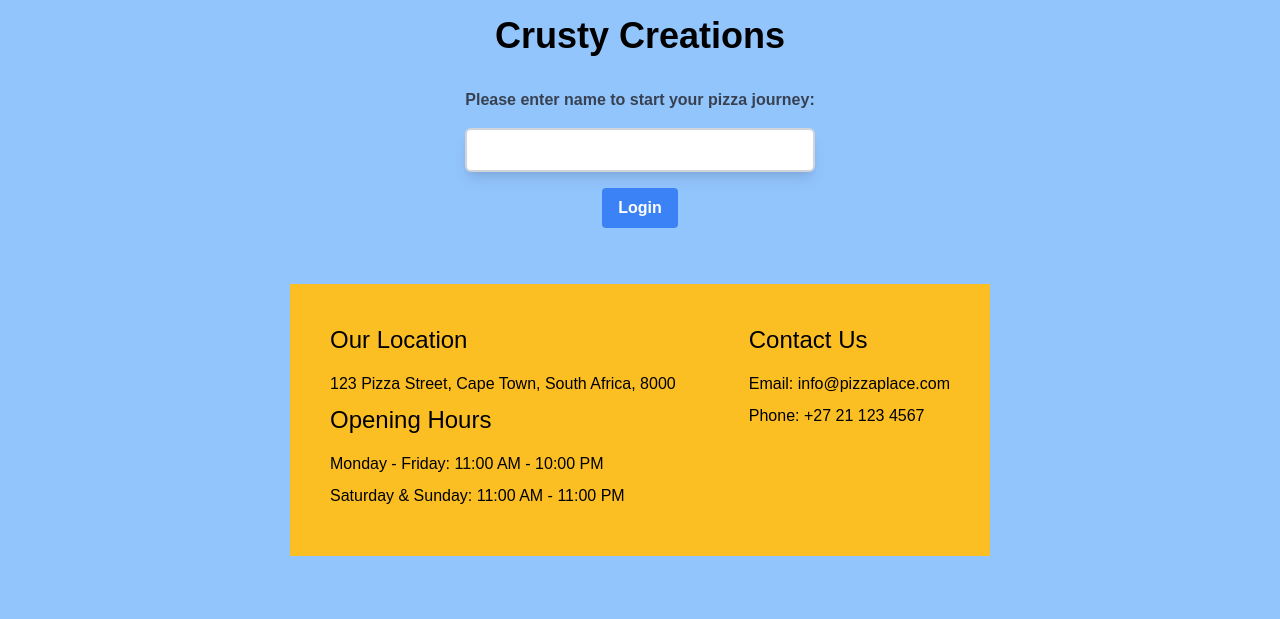
Repository: lasity34/pizza-cart-with-api
Page: index.html
The author's editor kept a copy of each file at every save. The page is drawn from the files as they stood at one save, then again after the next save.
The browser window is 1280 px wide. The pictures show the whole page.
The page's requests for data from a server got no answer. Some web fonts or font styles are not loaded; a fallback is used. Some web libraries are served in a nearby version.

Above is the page before, as saved 2023-07-17 09:17:29.
Console error (its wording comes from the project's code and is left out).

After the next save:
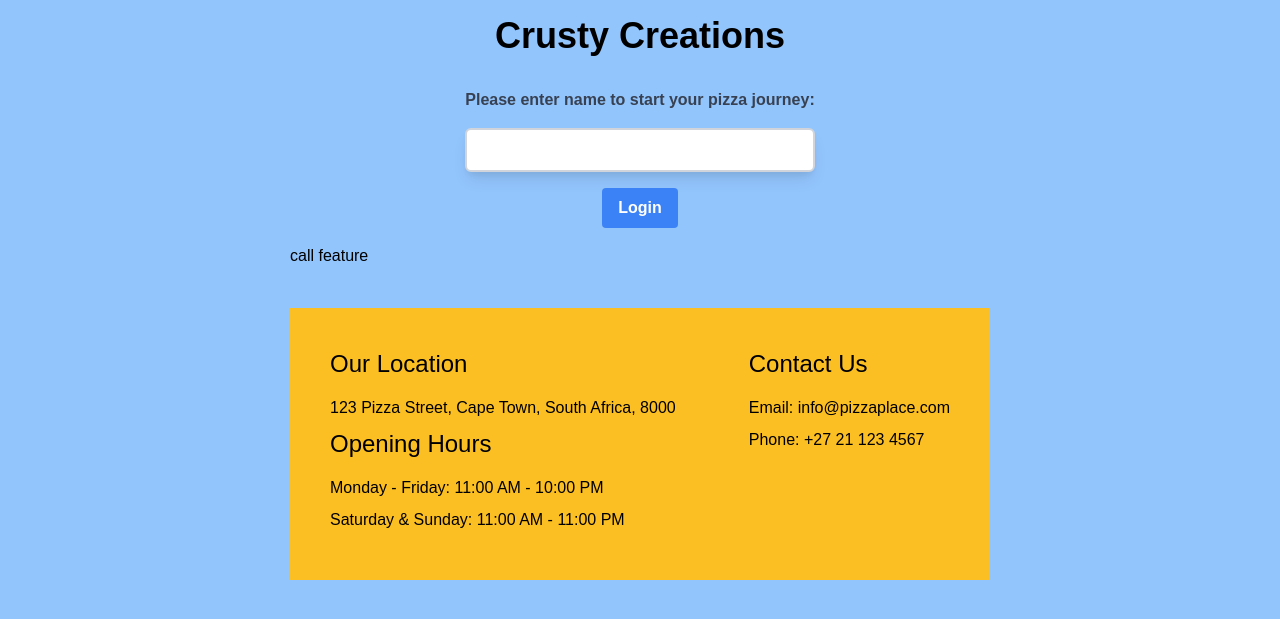
Saved 48 s later.
--- a/index.html
+++ b/index.html
@@ -156,6 +156,7 @@
       </template>
       </div>
     </section>
+    <button>call feature</button>
     <!-- all pizzas display -->
     <section class="mt-8" x-show="cartId">
         <div class="flex flex-col items-center">

After the 4 saves that followed:
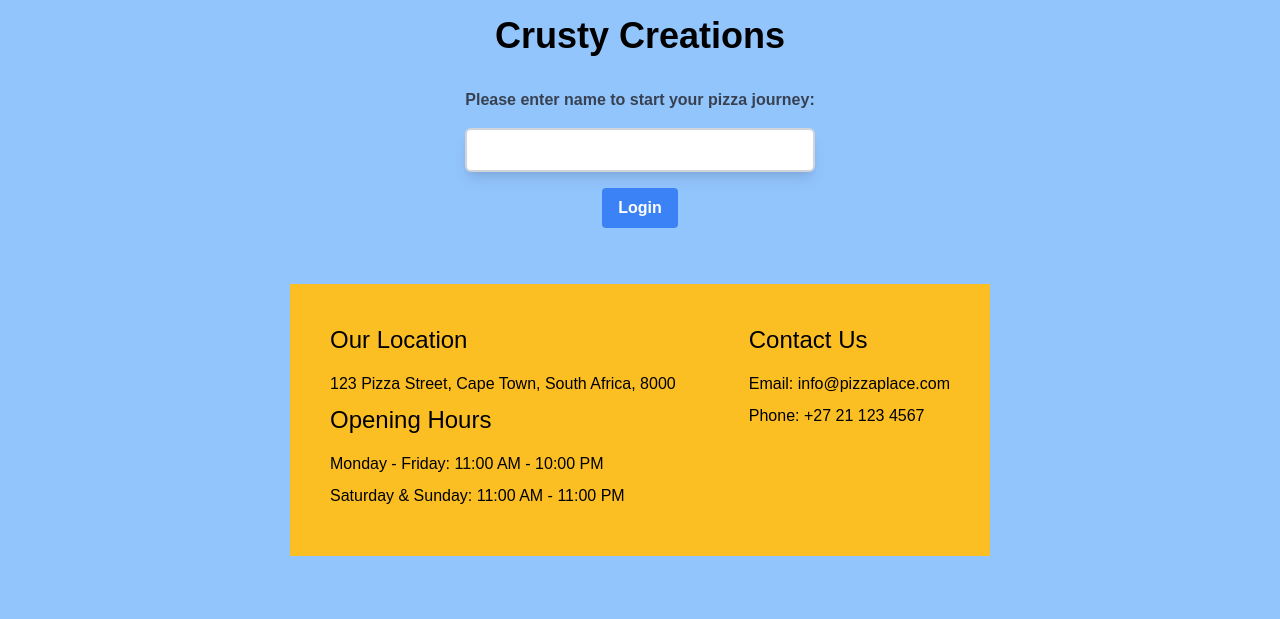
The 4 saves are shown as one change because 3 left the picture as it was.
The last was saved 3 min 19 s later.
--- a/index.html
+++ b/index.html
@@ -131,7 +131,7 @@
       <div
         class="flex flex-col gap-4 mx-auto items-center lg:items-stretch lg:flex-row justify-center"
       >
-      <template x-for="pizza in featuredPizza">
+      <template x-for="pizza in featuredPizzas">
         <div
           class="pizza_lg bg-red-500 rounded p-4 w-4/5 lg:w-4/5 flex-grow flex-shrink flex flex-col justify-between text-black items-center"
         >
@@ -156,7 +156,6 @@
       </template>
       </div>
     </section>
-    <button>call feature</button>
     <!-- all pizzas display -->
     <section class="mt-8" x-show="cartId">
         <div class="flex flex-col items-center">
--- a/pizza.js
+++ b/pizza.js
@@ -122,6 +122,8 @@ function pizzaCart() {
         await this.createCart()
 
       this.showCartData();
+
+      this.getFeaturedPizza()
     },
     addPizzaToCart(pizzaId, pizzaFlavor) {
       this.addPizza(pizzaId).then(() => {
